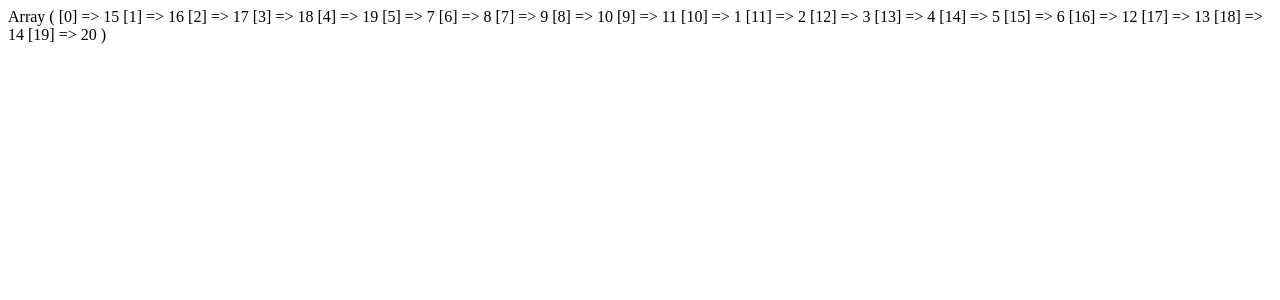
Repository: wangying713/algo
Page: http://localhost/test/0221/BucketSort.php
An editor plug-in stored every save of this project. The page is shown before and after the next save, followed by the edit.
The browser window is 1280 px wide. The pictures show the whole page.
The page is run by PHP 8.4 with error messages shown; the project is at /var/www/html/.

Above is the page before, as saved 2020-02-22 00:26:56.

After the next save:
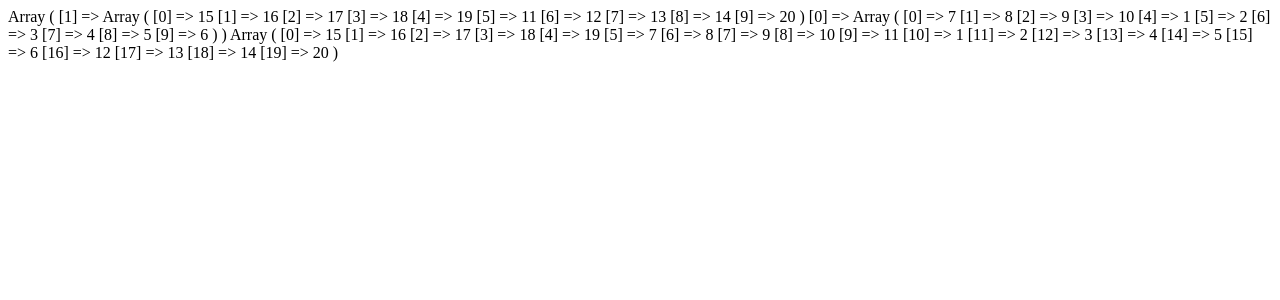
Saved 6 s later.
--- a/test/0221/BucketSort.php
+++ b/test/0221/BucketSort.php
@@ -18,6 +18,8 @@ function buckerSort(&$arr, $bucketSize = 0)
         $index = (int) (($arr[$i] - $min) / $bucketSize);
         $buckets[$index][] = $arr[$i];
     }
+
+    print_r($buckets);
 }
 
 $numbers = [15, 16, 17, 18, 19, 7, 8, 9, 10, 11, 1, 2, 3, 4, 5, 6, 12, 13, 14, 20];
